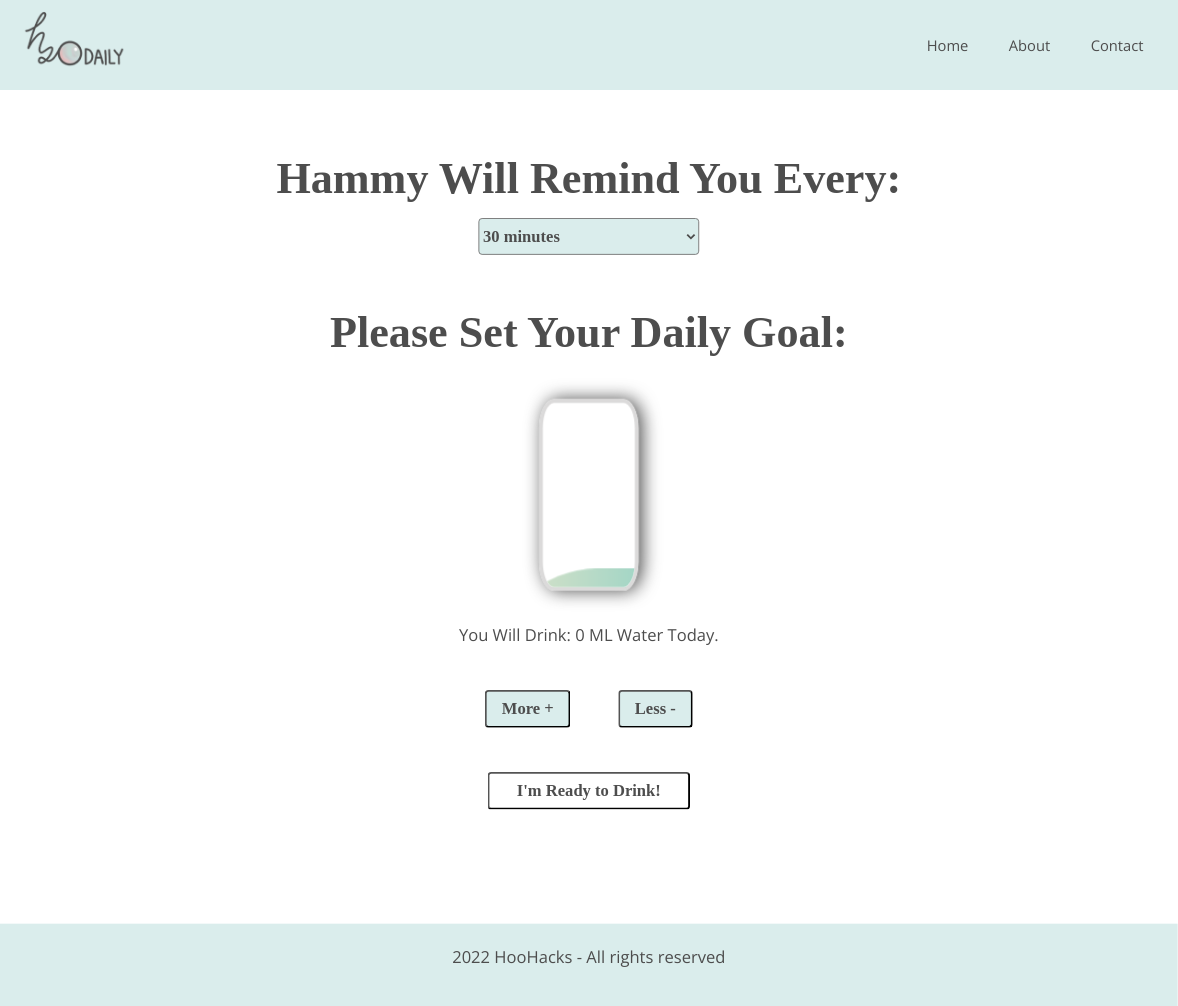
Repository: jennyjjung/H2ODaily
Page: settings.html
The author's editor kept a copy of each file at every save. The page is drawn from the files as they stood at one save, then again after the next save.
The browser window is 1280 px wide. The pictures show the whole page, at 92% of full size.
Some web fonts or font styles are not loaded; a fallback is used.

Above is the page before, as saved 2022-03-27 08:05:39.
Console error: TypeError: Cannot read properties of null (reading 'addEventListener')

After the next save:
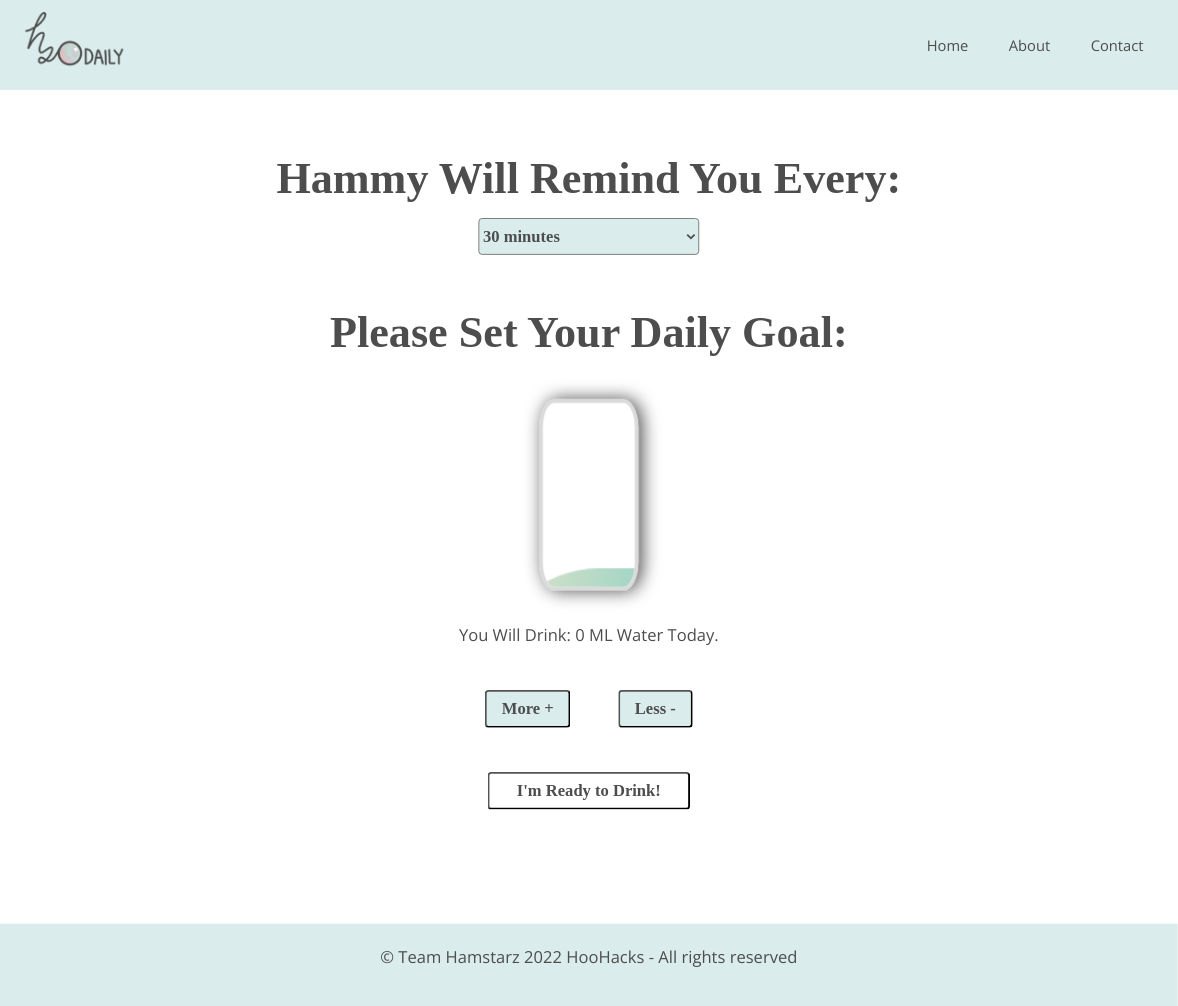
Saved 18 s later.
--- a/settings.html
+++ b/settings.html
@@ -172,7 +172,9 @@
 
     <section id="bottom">
       <div class="bottom__container">
-        <p class="bottom__rights">2022 HooHacks - All rights reserved</p>
+        <p class="bottom__rights">
+          &copy; Team Hamstarz 2022 HooHacks - All rights reserved
+        </p>
       </div>
     </section>
   </body>
